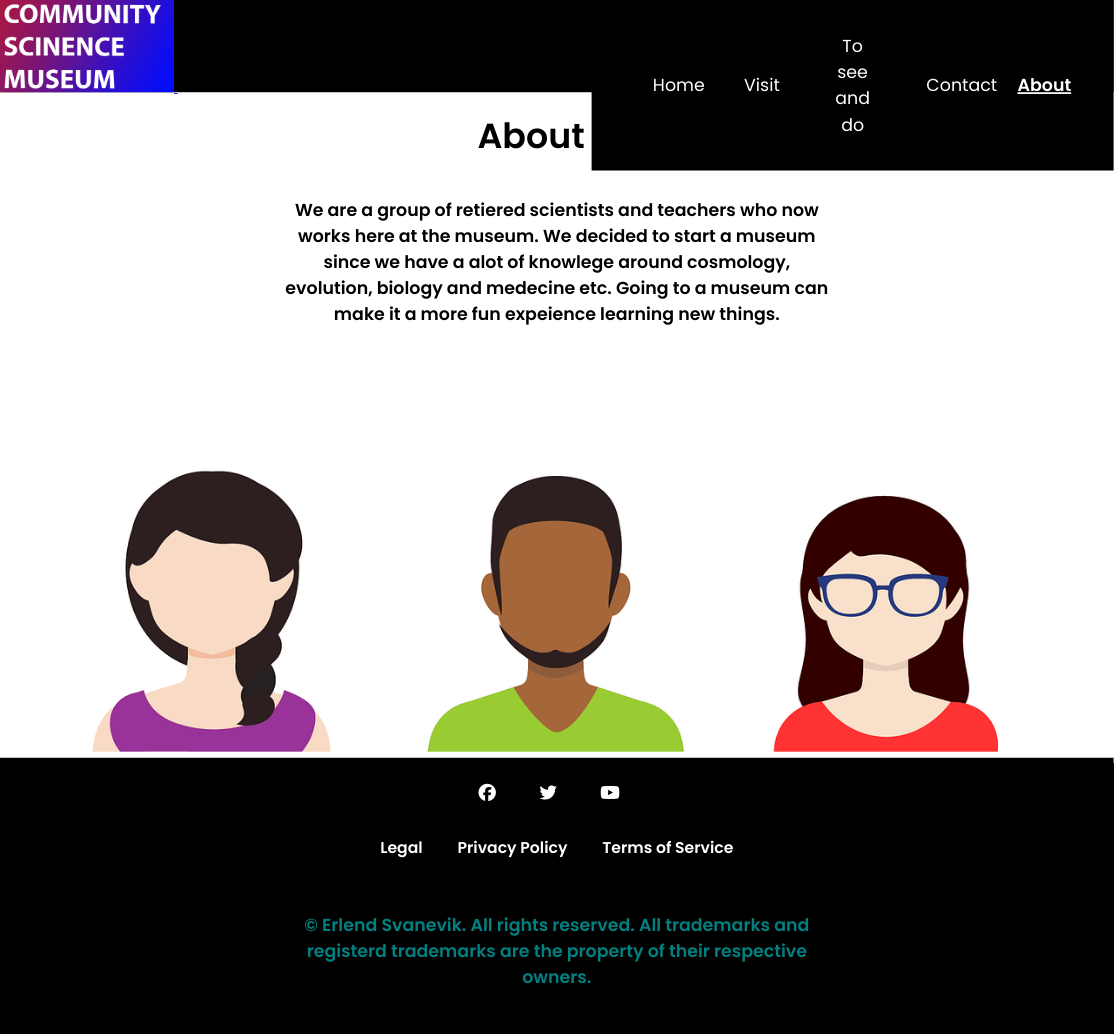
Repository: EpleWasTaken/Semester-Project
Page: about.html
An editor plug-in stored every save of this project. The page is shown before and after the next save, followed by the edit.
The browser window is 1280 px wide. The pictures show the whole page, at 87% of full size.
Some web libraries are served in a nearby version.

Above is the page before, as saved 2020-12-12 13:23:00.

### about.html
<!DOCTYPE html>
<html lang="en">
<head>
    <meta charset="UTF-8">
    <meta name="viewport" content="width=device-width, initial-scale=1.0">
    <meta name="keywords" content="museum, science museum, community museum">
    <meta name="author" content="Erlend Molvik Svanevik">
    <title>CMS About</title>

    <link rel="preconnect" href="https://fonts.gstatic.com">
    <link href="https://fonts.googleapis.com/css2?family=Poppins:ital,wght@0,100;0,200;0,300;0,400;0,500;0,600;1,100;1,200;1,300;1,400;1,500;1,600&display=swap" rel="stylesheet">
    <link rel="stylesheet" href="./css/styles.css">
    <link rel="stylesheet" href="./css/footer.css">
    <link rel="stylesheet" href="/css/hamburger.css">
    <script src="https://kit.fontawesome.com/cafca22d75.js" crossorigin="anonymous"></script>
</head>


<!--NAVIGAION, LOGO AND SEARCH BAR-->


<body>
    <header>
        <a href="index.html" aria-label="Go to frontpage">
            <img src="/Images/CommunityScienceMuseum.jpg" class="logo" alt="Community Science Museum logo">
        </a>
        <label class="hamburger-label" for="hamburger-menu" aria-label="Hamburger menu for navigation"><i class="fas fa-bars fa-2x"></i></label>
        <input type="checkbox" id="hamburger-menu">
        <nav>
            <ul class="nav">
                <li><a href="index.html" aria-label="Go to home page">Home</a></li>
                <li><a href="visit.html" aria-label="Go to the visit page">Visit</a></li>
                <li><a href="to-see-and-do.html" aria-label="Go to: To see and do">To see and do</a></li>
                <li><a href="contact.html" aria-label="Go to the contact page">Contact</a></li>
                <li><a href="about.html" aria-label="Go to the about page" class="active">About</a></li>
            </ul>
        </nav>
    </header>


<!--CONTENT-->


<main>
    <div class="about-container">
        <div class="about-page">
            <h2>About Us</h2>
            <p>We are a group of retiered scientists and teachers who now works here at the museum.
            We decided to start a museum since we have a alot of knowlege around cosmology, evolution, biology and medecine etc.
            Going to a museum can make it a more fun expeience learning new things.</p>
        </div>
    </div>
    <img src="./Images/Avatar2.png">
</main>


<!--FOOTER, TOS/LEGAL/PRIVACY-POLICY AND SOCIALS-->


    <footer class="footer">
        <div class="footer-container">
            <ul class="footer-social">
                <li>
                    <a href="#0" class="facebook"><i class="fab fa-facebook"></i></a>
                </li>
                <li>
                    <a href="#0" class="twitter"><i class="fab fa-twitter"></i></a>
                </li>
                <li>
                    <a href="#0" class="youtube"><i class="fab fa-youtube"></i></a>
                </li>
            </ul>
        </div>
        <div class="footer-container">
            <div class="footer-legal">
                <a href="#0">Legal</a>
                <a href="#0">Privacy Policy</a>
                <a href="#0">Terms of Service</a>
            </div>
            <div class="footer-copyright">
                <p>&copy; Erlend Svanevik. All rights reserved. All trademarks and registerd trademarks are the property of
                   their respective owners.
                </p>
            </div>
        </div>
    </footer>
</body>
</html>

### css/styles.css
* {
	margin: 0px;
	padding: 0px;
	box-sizing: border-box;
}

body {
	font-family: 'poppins', sans-serif;
	background: white;
}

nav {
	background-color: black;
}

header {
	background: black;
	height: 53.13px;
}

.logo {
	max-width: 100px;
}

a.fas.fa-phone,
a.fas.fa-envelope {
	display: flex;
	justify-content: center;
	align-items: center;
	font-size: 30px;
}

.contact-form {
	display: flex;
	flex-direction: column;
	justify-content: center;
	align-items: center;
	margin: auto;
}

.email {
	display: flex;
}

/* NAVIGATION/HAMBURGER MENU/CLICKEBLE
-------------------------------------------*/

/*PICTURES
-----------------------------------------------*/

.homepic,
.space,
.mammoth,
.people,
.science,
.ant {
	width: auto;
	max-width: 100%;
	height: auto;
	margin-bottom: 3vh;
}

/*TEXT/FONT/TEXT ALIGNMENY
--------------------------------------------------*/

h1 {
	display: flex;
	align-items: center;
	justify-content: center;
	margin-left: auto;
	margin-right: auto;
	font-weight: 600;
	font-size: 30px;
	margin: 40px;
	text-align: center;
}

h2 {
	display: flex;
	align-items: center;
	justify-content: center;
	margin-left: auto;
	margin-right: auto;
	font-weight: 600;
	font-size: 25px;
	margin: 40px;
	text-align: center;
}

h3 {
	display: flex;
	align-items: center;
	justify-content: center;
	font-weight: 600;
	font-size: 20px;
	margin: 40px;
	text-align: center;
}

p {
	display: flex;
	align-items: center;
	justify-content: center;
	font-weight: 600;
	font-size: 15px;
	margin: 40px;
	max-width: 70%;
	margin-left: auto;
	margin-right: auto;
	text-align: center;
}

.open-hours p {
	margin: 20px;
	margin-left: auto;
	margin-right: auto;
	align-items: center;
	justify-content: center;
	text-align: center;
}

.contact-container {
	display: flex;
	flex-direction: row;
	align-items: center;
}

.mail {
	display: flex;
	justify-content: center;
	align-items: center;
}

@media screen and (min-width: 1024px) {
	body {
		font-family: 'poppins', sans-serif;
		font-weight: 400;
	}

	header {
		height: 106.25px;
	}

	.logo {
		max-width: 200px;
	}

	.homepic {
		display: flex;
		flex-direction: column;
		justify-content: center;
		align-items: center;
		max-width: 1664px;
		margin-left: auto;
		margin-right: auto;
	}

	h1,
	h2,
	h3,
	p {
		display: flex;
		align-items: center;
		justify-content: center;
	}

	h1 {
		font-size: 60px;
		margin: 40px;
	}

	h2 {
		font-size: 40px;
		margin: 20px;
	}

	h3 {
		font-size: 30px;
		margin: 15px;
	}

	p {
		font-size: 20px;
		margin: 40px;
		max-width: 50%;
		margin-left: auto;
		margin-right: auto;
	}

	.space,
	.mammoth,
	.people,
	.science,
	.ant {
		display: flex;
		left: 0;
		right: 0;
		max-width: 800px;
		justify-content: center;
		align-items: center;
		margin: auto;
		padding: 4vh;
	}
}

### css/footer.css
/* FOOTER */

* {
	padding: 0;
	margin: 0;
	box-sizing: border-box;
}

footer {
	display: flex;
	flex-direction: column;
	justify-content: center;
	align-items: center;
	background-color: black;
	font-family: 'Poppins', sans-serif;
	font-weight: 600;
	padding: 10px;
}

.footer-container {
	display: flex;
	flex-direction: column;
	justify-content: center;
	align-items: center;
}

.footer-social {
	font-size: 35px;
}

.footer-social li a {
	color: white;
}

.footer-legal {
	display: flex;
	flex-direction: column;
	text-decoration: none;
	align-items: center;
	justify-content: center;
	font-size: 20px;
}

.footer-legal a {
	display: flex;
	text-decoration: none;
	flex-direction: row;
	padding: 15px;
}

.footer-social li a.facebook:hover {
	color: #3b5998;
}

.footer-social li a.twitter:hover {
	color: #00acee;
}

.footer-social li a.youtube:hover {
	color: #c4302b;
}

.footer-legal a {
	color: white;
}

.footer-legal a:hover {
	color: #008080;
}

.footer-copyright {
	display: flex;
	flex-direction: column;
	text-decoration: none;
	justify-content: center;
	align-items: center;
	text-align: center;
	font-size: 14px;
	color: #008080;
}

ul {
	list-style: none;
}

@media screen and (min-width: 1024px) {
	.footer-legal {
		display: flex;
		flex-direction: row;
		justify-content: center;
		align-items: center;
		font-size: 18px;
	}

	.footer-legal a {
		display: flex;
		flex-direction: row;
		justify-content: center;
		align-items: center;
		padding: 20px;
	}

	.footer-social {
		display: flex;
		flex-direction: row;
		justify-content: center;
		align-items: center;
		text-decoration: none;
	}

	.footer-container {
		text-decoration: none;
	}

	.footer-social li {
		display: flex;
		flex-direction: row;
		text-decoration: none;
		margin: 15px;
	}
}

### css/hamburger.css
* {
	margin: 0px;
	padding: 0px;
	box-sizing: border-box;
}

nav,
#hamburger-menu {
	display: none;
	z-index: 1;
}

nav ul {
	padding: 0px;
}

nav li {
	display: block;
}

ul a {
	margin: 40px;
	font-size: 20px;
}

nav a {
	text-decoration: none;
	color: white;
	display: block;
	justify-content: center;
	align-items: center;
}

.nav {
	display: block;
	position: absolute;
	justify-content: space-between;
	right: 0;
	width: 50%;
	background-color: black;
	text-align: center;
	top: 0;
}

.hamburger-label {
	color: #fff;
	padding: 10px;
	font: 1.5em;
	display: block;
	position: absolute;
	right: 0;
	top: 0px;
	z-index: 1;
}

.active {
	font-weight: 600;
	text-decoration: underline;
}

#hamburger-menu:checked ~ nav {
	display: flex;
}

@media screen and (min-width: 1024px) {
	nav {
		display: inline-block;
	}

	.active {
		font-weight: 600;
		text-decoration: underline;
	}

	.hamburger-label {
		display: none;
	}

	nav ul {
		padding: 0px;
		color: #fff;
		font: 1.5em;
		display: flex;
		position: absolute;
		right: 0;
		top: 0px;
		min-width: 600px;
		align-items: center;
		padding: 38px;
	}

	nav li {
		display: block;
	}

	nav a {
		text-decoration: none;
		color: white;
		display: block;
	}

	.nav {
		display: flex;
		justify-content: space-around;
		text-decoration: none;
		background-color: black;
		height: auto;
		width: auto;
		margin: auto;
	}

	ul a {
		margin: auto;
		width: 40px;
	}

	li {
		width: 40px;
	}
}

After the next save:
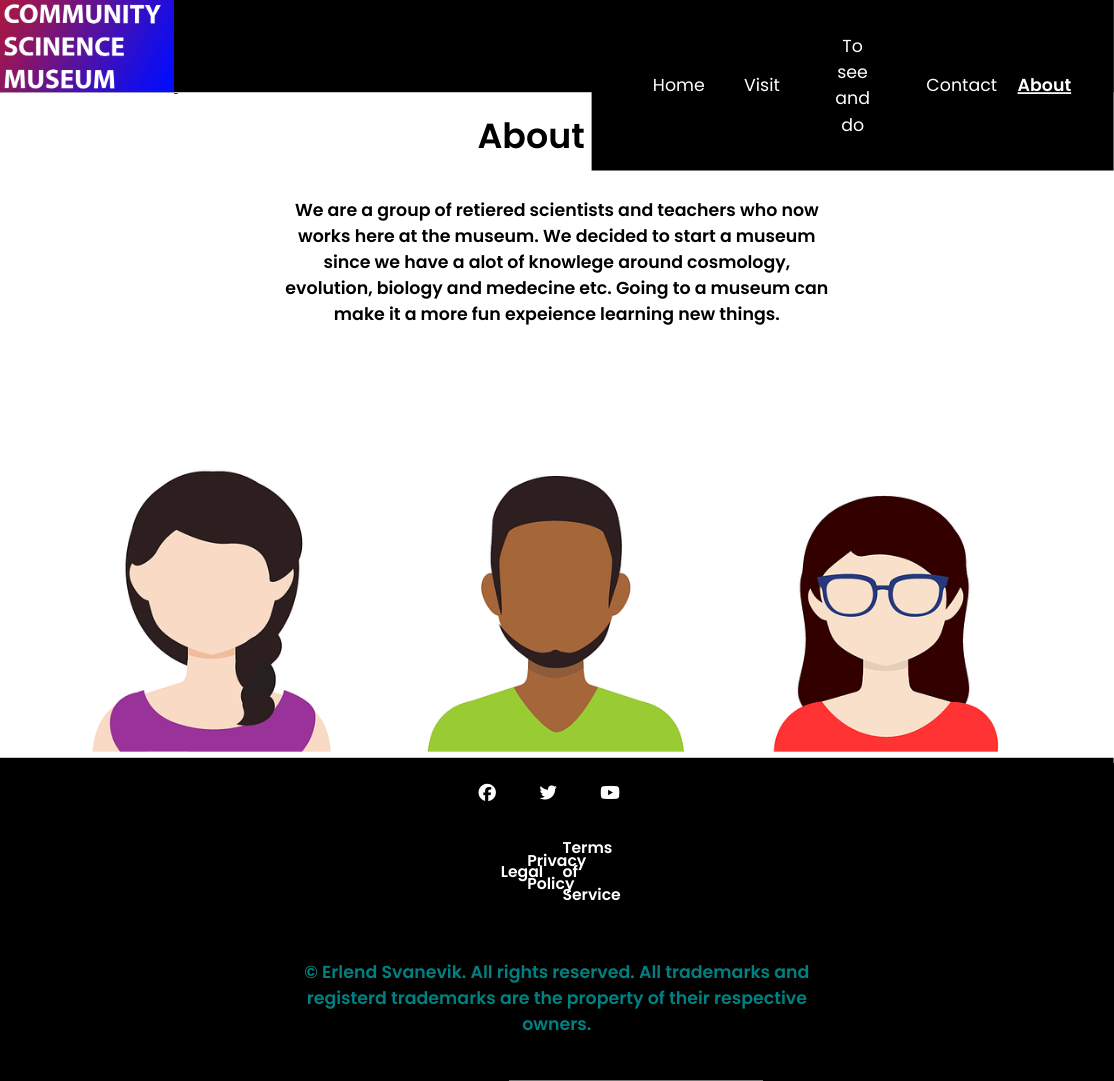
Saved 11 s later.
--- a/css/hamburger.css
+++ b/css/hamburger.css
@@ -114,7 +114,7 @@
 		width: 40px;
 	}
 
-	li {
+	a {
 		width: 40px;
 	}
 }

After the save that followed:
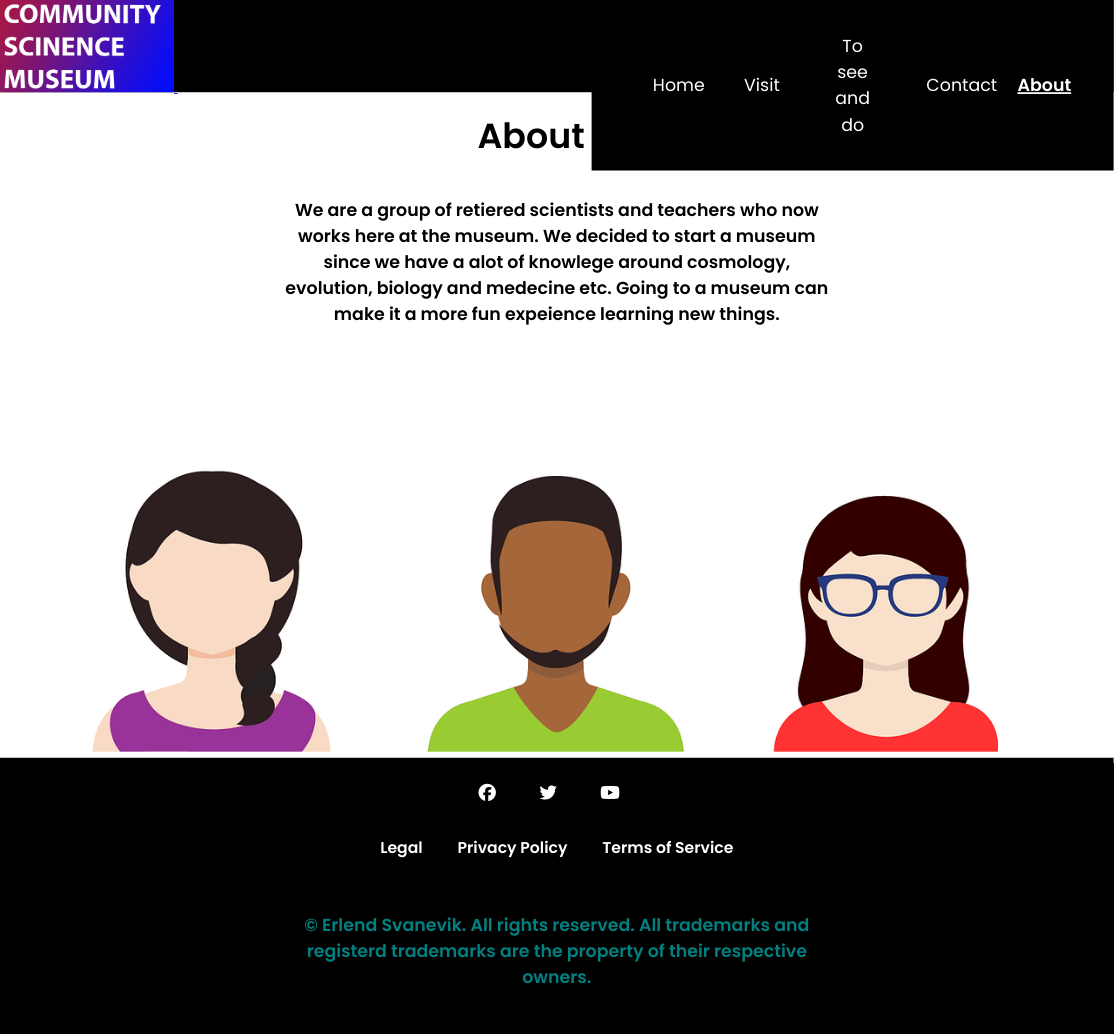
Saved 16 s later.
--- a/css/hamburger.css
+++ b/css/hamburger.css
@@ -113,8 +113,4 @@
 		margin: auto;
 		width: 40px;
 	}
-
-	a {
-		width: 40px;
-	}
 }
